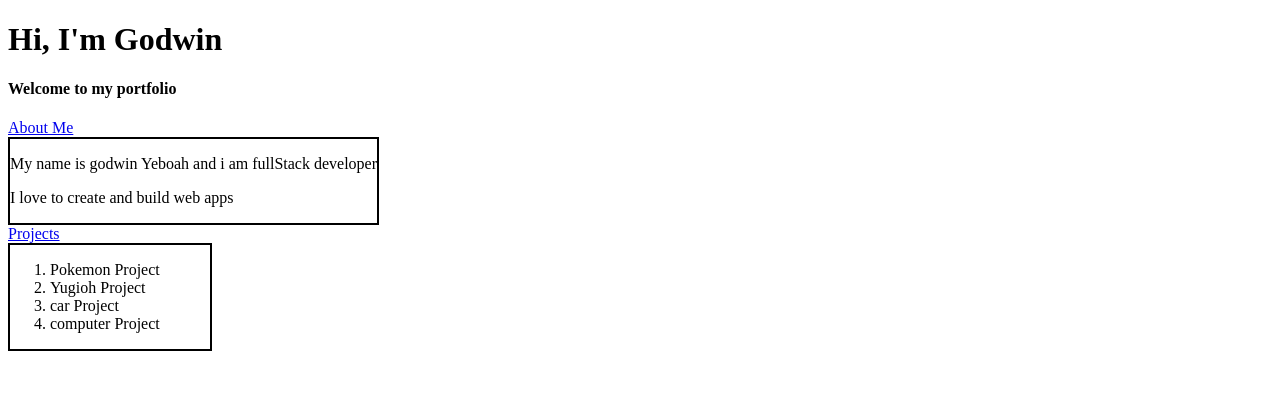
Repository: GodwinYeboah1/Java-Assignment-
Page: SpringIntro/springProjects/portfolio/src/main/resources/static/index.html
An editor plug-in stored every save of this project. The page is shown before and after the next save, followed by the edit.
The browser window is 1280 px wide. The pictures show the whole page.

Above is the page before, as saved 2018-03-09 20:44:10.

After the next save:
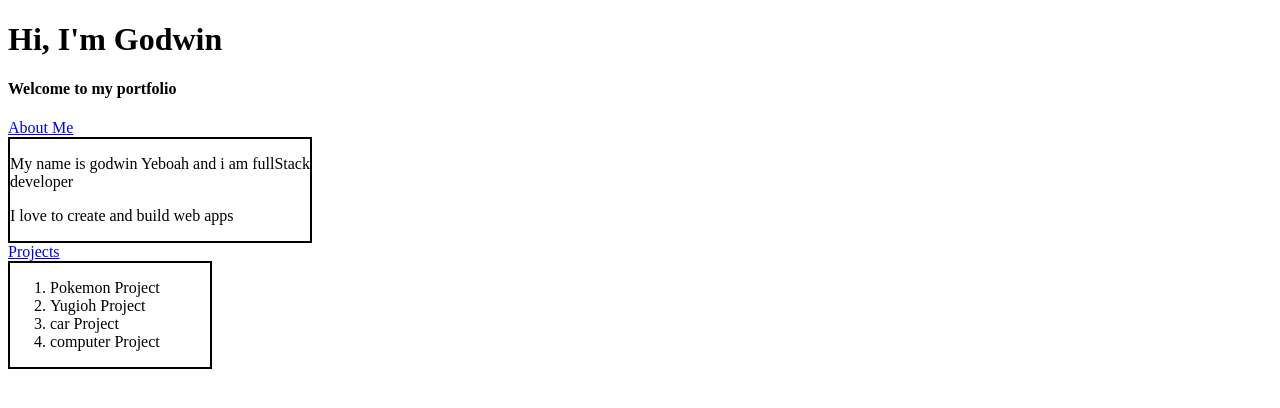
Saved 19 s later.
--- a/SpringIntro/springProjects/portfolio/src/main/resources/static/css/style.css
+++ b/SpringIntro/springProjects/portfolio/src/main/resources/static/css/style.css
@@ -4,6 +4,7 @@ body{
 #aboutMe{
 	border: 2px solid black;
 	display: inline-block;
+	width:300px;
 }
 #projects{
 	border: 2px solid black;
